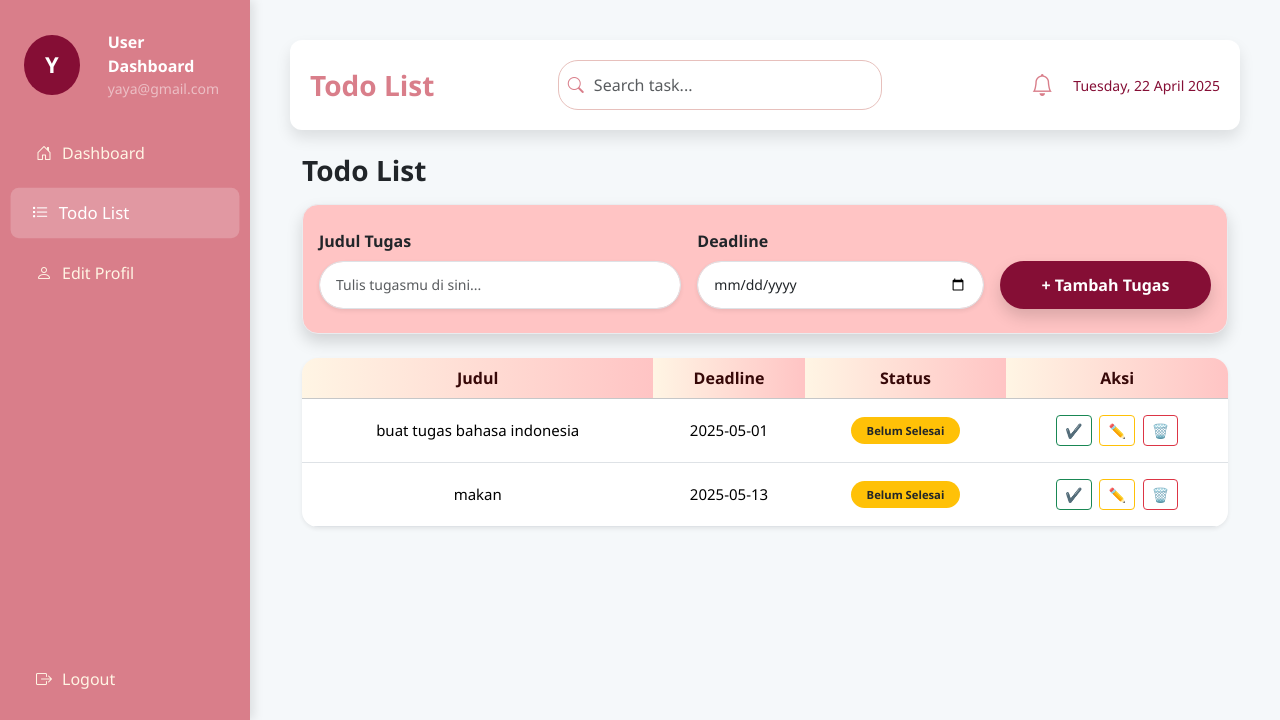
Repository: zhr-nabila/FloTime
Page: http://localhost/todo.php
An editor plug-in stored every save of this project. The page is shown before and after a run of saves, followed by the edit.
The browser window is 1280 px wide. The pictures show the whole page.
The page is run by PHP 8.4 with error messages shown; the project is at /var/www/html/. The session is filled in as if someone had signed in: {"email": "yaya@gmail.com", "status": "login", "user_id": 2}. Other server files are loaded and not shown. The database holds what the project's SQL file puts in it.

Above is the page before, as saved 2025-04-23 12:32:08.

### todo.php
<?php
session_start();
require 'koneksi.php';

if (!isset($_SESSION['status']) || $_SESSION['status'] != "login") {
    header("Location: login.php");
    exit();
}

$user_id = $_SESSION['user_id'];
$email = $_SESSION['email'];
$search = $_GET['search'] ?? '';

// Tambah task
if (isset($_POST['add_task'])) {
    $title = $_POST['title'];
    $deadline = $_POST['deadline'];
    $created_at = date('Y-m-d H:i:s');

    $stmt = $conn->prepare("INSERT INTO todos (user_id, title, status, deadline, created_at) VALUES (?, ?, 'pending', ?, ?)");
    $stmt->bind_param("isss", $user_id, $title, $deadline, $created_at);
    $stmt->execute();
    $stmt->close();

    header("Location: todo.php");
    exit();
}

// Centang task
if (isset($_GET['done'])) {
    $task_id = $_GET['done'];
    $conn->query("UPDATE todos SET status='completed' WHERE id=$task_id AND user_id=$user_id");
    header("Location: todo.php");
    exit();
}

// Hapus task
if (isset($_GET['delete'])) {
    $task_id = $_GET['delete'];
    $conn->query("DELETE FROM todos WHERE id=$task_id AND user_id=$user_id");
    header("Location: todo.php");
    exit();
}

// Ambil data tugas
$searchSql = !empty($search) ? "AND title LIKE '%$search%'" : "";
$sql = "SELECT * FROM todos WHERE user_id = $user_id $searchSql ORDER BY deadline ASC";
$result = $conn->query($sql);

if (!$result) {
    die("Query gagal: " . $conn->error);
}
?>

<!DOCTYPE html>
<html lang="en">

<head>
    <meta charset="UTF-8">
    <title>Todo List</title>
    <link href="https://cdn.jsdelivr.net/npm/bootstrap@5.3.3/dist/css/bootstrap.min.css" rel="stylesheet">
    <link href="https://cdn.jsdelivr.net/npm/bootstrap-icons@1.10.5/font/bootstrap-icons.css" rel="stylesheet">
    <link rel="stylesheet" href="css/style.css">
</head>

<body>

    <div class="sidebar d-flex flex-column">
        <div class="px-4 d-flex align-items-center mb-4">
            <div class="user-avatar"><?= strtoupper(substr($email, 0, 1)) ?></div>
            <div class="ms-2">
                <div class="fw-semibold">User Dashboard</div>
                <div class="small text-white-50"><?= htmlspecialchars($email) ?></div>
            </div>
        </div>
        <nav class="nav flex-column px-3">
            <a class="nav-link" href="dashboard.php"><i class="bi bi-house-door"></i> Dashboard</a>
            <a class="nav-link active" href="todo.php"><i class="bi bi-list-task"></i> Todo List</a>
            <a class="nav-link" href="profile.php"><i class="bi bi-person"></i> Edit Profil</a>
            <a class="nav-link logout" href="logout.php"><i class="bi bi-box-arrow-right"></i> Logout</a>
        </nav>
    </div>

    <div class="main-content">
        <div class="header">
            <div class="title">Todo List</div>
            <div class="search-bar">
                <form method="GET" action="todo.php" class="d-flex">
                    <input type="text" name="search" class="form-control" placeholder="Search task..." value="<?= htmlspecialchars($search) ?>">
                    <button type="submit" class="btn"><i class="bi bi-search"></i></button>
                </form>
            </div>
            <div class="notifications">
                <i class="bi bi-bell"></i>
                <div class="date"><?= date('l, d F Y') ?></div>
            </div>
        </div>

        <div class="container mt-4">
            <h3 class="mb-3 fw-bold">Todo List</h3>
            <form method="POST" class="mb-4 px-3 py-4 rounded-4 shadow border border-light-subtle premium-form">
                <div class="row align-items-end g-3">
                    <div class="col-md-5">
                        <label class="form-label fw-semibold">Judul Tugas</label>
                        <input type="text" name="title" class="form-control form-control-sm rounded-5 shadow-sm" placeholder="Tulis tugasmu di sini..." required>
                    </div>
                    <div class="col-md-4">
                        <label class="form-label fw-semibold">Deadline</label>
                        <input type="date" name="deadline" class="form-control form-control-sm rounded-5 shadow-sm" required>
                    </div>
                    <div class="col-md-3 d-grid">
                        <button type="submit" name="add_task" class="btn btn-gradient shadow fw-semibold rounded-5">+ Tambah Tugas</button>
                    </div>
                </div>
            </form>


            <?php if ($result->num_rows > 0): ?>
                <div class="table-responsive shadow-sm rounded-4 overflow-hidden">
                    <table class="table table-hover align-middle mb-0 premium-table">
                        <thead class="table-light text-center">
                            <tr>
                                <th>Judul</th>
                                <th>Deadline</th>
                                <th>Status</th>
                                <th>Aksi</th>
                            </tr>
                        </thead>
                        <tbody>
                            <?php while ($row = $result->fetch_assoc()): ?>
                                <tr>
                                    <td><?= htmlspecialchars($row['title']) ?></td>
                                    <td><?= htmlspecialchars($row['deadline']) ?></td>
                                    <td class="text-center">
                                        <?php
                                        if ($row['status'] == 'completed') {
                                            echo "<span class='badge rounded-pill text-bg-success px-3 py-2'>Selesai</span>";
                                        } elseif (date('Y-m-d') > $row['deadline']) {
                                            echo "<span class='badge rounded-pill text-bg-danger px-3 py-2'>Terlambat</span>";
                                        } else {
                                            echo "<span class='badge rounded-pill text-bg-warning text-dark px-3 py-2'>Belum Selesai</span>";
                                        }
                                        ?>
                                    </td>
                                    <td class="text-center">
                                        <?php if ($row['status'] != 'completed'): ?>
                                            <a href="?done=<?= $row['id'] ?>" class="btn btn-outline-success btn-sm me-1">✔️</a>
                                        <?php endif; ?>
                                        <a href="edit_task.php?id=<?= $row['id'] ?>" class="btn btn-outline-warning btn-sm me-1">✏️</a>
                                        <a href="?delete=<?= $row['id'] ?>" onclick="return confirm('Hapus tugas ini?')" class="btn btn-outline-danger btn-sm">🗑️</a>
                                    </td>
                                </tr>
                            <?php endwhile; ?>
                        </tbody>
                    </table>
                </div>
            <?php else: ?>
                <p class="text-muted mt-4 text-center">✨ Tidak ada tugas ditemukan. Buat yang baru, yuk!</p>
            <?php endif; ?>

        </div>
    </div>

</body>

</html>

### koneksi.php
<?php
$host = "localhost";
$user = "root";
$pass = "";
$db = "todolist"; // Nama database kamu

$conn = mysqli_connect($host, $user, $pass, $db);

// Cek koneksi
if (!$conn) {
    die("Koneksi gagal: " . mysqli_connect_error());
}
?>

### css/style.css
@import url('https://fonts.googleapis.com/css2?family=Poppins:wght@500&display=swap');

:root {
    --c0: #ffffff;
    --c1: #E3919F;
    --c2: #E7C0BC;
    --c3: #370808;
    --c4: #D97E8A;
    --c5: #EC9FAB;
    --c6: #000000;
    /* gradient */
    --c7: #850e35;
    --c8: #ee6983;
    --c9: #ffc4c4;
    --c10: #fff5e4;
    --c11: #d1d5db;
}

body {
    background: #f5f8fa;
    font-family: 'Segoe UI', sans-serif;
    margin: 0;
    padding: 0;
    overflow: hidden;
}

html, body {
    height: 100%;
}


::-webkit-scrollbar {
    display: none;
}

.main-content {
    margin-left: 250px;
    padding: 40px;
    height: 100vh;
    overflow-y: auto;
}


.sidebar {
    height: 100vh;
    background: var(--c4);
    color: var(--c0);
    padding-top: 30px;
    position: fixed;
    width: 250px;
    transition: all 0.3s;
    box-shadow: 4px 0 10px rgba(0, 0, 0, 0.1);
}

.sidebar .nav-link {
    color: var(--c10);
    padding: 12px 20px;
    margin: 6px 0;
    border-radius: 8px;
    display: flex;
    align-items: center;
    gap: 10px;
    transition: all 0.3s ease;
    font-size: 16px;
}

.sidebar .nav-link:hover,
.sidebar .nav-link.active {
    background-color: rgba(255, 255, 255, 0.2);
    color: var(--c0);
    transform: scale(1.05);
}

.sidebar .nav-link.logout {
    color: var(--c10);
    padding: 12px 20px;
    margin: 22rem 0;
    border-radius: 8px;
    display: flex;
    align-items: center;
    gap: 10px;
    transition: all 0.3s ease;
    font-size: 16px;
}

.sidebar .nav-link.logout:hover {
    background-color: rgba(255, 255, 255, 0.2);
    color: var(--c0);
    transform: scale(1.05);
}

.main-content {
    margin-left: 250px;
    padding: 40px;
}

.header {
    display: flex;
    justify-content: space-between;
    align-items: center;
    padding: 20px;
    background: var(--c0);
    border-radius: 12px;
    box-shadow: 0 8px 15px rgba(0, 0, 0, 0.1);
    margin-bottom: 20px;
}

.header .title {
    font-size: 28px;
    font-weight: bold;
    color: var(--c4);
}

.header .search-bar {
    position: relative;
    width: 350px;
}

.header .search-bar input {
    width: 100%;
    padding: 12px 40px 12px 35px;
    border-radius: 20px;
    border: 1px solid var(--c2);
    font-size: 16px;
    transition: border 0.3s;
}

.header .search-bar input:focus {
    border: 1px solid var(--c4);
    outline: none;
}

.header .search-bar i {
    position: absolute;
    top: 50%;
    left: 10px;
    transform: translateY(-50%);
    color: var(--c4);
}

.header .notifications {
    display: flex;
    align-items: center;
    gap: 20px;
}

.header .notifications .bi {
    font-size: 22px;
    cursor: pointer;
    color: var(--c4);
    transition: color 0.3s;
}

.header .notifications .bi:hover {
    color: var(--c7);
}

.card-welcome {
    background: linear-gradient(135deg, var(--c9), var(--c10));
    border-radius: 16px;
    box-shadow: 0 15px 30px rgba(0, 0, 0, 0.1);
    padding: 30px;
    animation: fadeIn 0.6s ease;
    margin-bottom: 30px;
    color: var(--c7);
    border: none;
}

.user-avatar {
    width: 60px;
    height: 60px;
    background-color: var(--c7);
    color: var(--c0);
    font-weight: bold;
    border-radius: 50%;
    display: flex;
    align-items: center;
    justify-content: center;
    margin-right: 20px;
    font-size: 22px;
    transition: background-color 0.3s ease;
}

.user-avatar:hover {
    background-color: var(--c3);
}

.date {
    font-size: 14px;
    color: var(--c7);
}

@keyframes fadeIn {
    from {opacity: 0; transform: translateY(20px);}
    to {opacity: 1; transform: translateY(0);}
}

/* Mobile Responsiveness */
@media (max-width: 768px) {
    .sidebar {
        width: 200px;
    }

    .main-content {
        margin-left: 200px;
    }

    .header .title {
        font-size: 24px;
    }

    .header .search-bar {
        width: 250px;
    }
}

/* todo */

/* todo */

.premium-form {
    background-color: var(--c9);
    border: 2px solid var(--c2);
    border-radius: 12px;
}

.btn-gradient {
    background-color: var(--c7);
    color: white;
    border: none;
    transition: 0.3s ease;
    border-radius: 10px;
    padding: 12px;
}

.btn-gradient:hover {
    transform: scale(1.02);
    background-color: var(--c8);
    color: var(--c0);
    box-shadow: 0 4px 8px rgba(0, 0, 0, 0.15); /* Memberikan efek bayangan yang lebih soft */
}

.form-control-sm {
    font-size: 14px; /* Ukuran font yang lebih kecil */
    padding: 0.8rem 1rem; /* Mengatur ukuran padding input agar lebih kecil */
    border-radius: 8px; /* Membuat sudut input lebih melengkung */
}

.premium-table th {
    font-weight: 600;
    background: linear-gradient(to right, var(--c10), var(--c9));
    color: var(--c3);
}

.premium-table td {
    vertical-align: middle;
    padding-top: 16px;
    padding-bottom: 16px;
    font-size: 15px;
}

.table-hover tbody tr:hover {
    background-color: #fdf2f2;
    transition: 0.3s;
}

.table td,
.table th {
    text-align: center;
}

### todolist.sql (the tables this page reads)
CREATE TABLE `todos` (
  `id` int(11) NOT NULL,
  `user_id` int(11) NOT NULL,
  `title` varchar(255) NOT NULL,
  `status` enum('pending','completed') DEFAULT 'pending',
  `deadline` date DEFAULT NULL,
  `created_at` timestamp NOT NULL DEFAULT current_timestamp()
) ENGINE=InnoDB DEFAULT CHARSET=utf8mb4 COLLATE=utf8mb4_general_ci;

INSERT INTO `todos` (`id`, `user_id`, `title`, `status`, `deadline`, `created_at`) VALUES
(2, 2, 'buat tugas bahasa indonesia', 'pending', '2025-05-01', '2025-05-15 17:11:25'),
(5, 2, 'makan', 'pending', '2025-05-13', '2025-05-21 19:26:13');

ALTER TABLE `todos`
  ADD PRIMARY KEY (`id`),
  ADD KEY `user_id` (`user_id`);

ALTER TABLE `todos`
  MODIFY `id` int(11) NOT NULL AUTO_INCREMENT, AUTO_INCREMENT=6;

ALTER TABLE `todos`
  ADD CONSTRAINT `todos_ibfk_1` FOREIGN KEY (`user_id`) REFERENCES `users` (`id`);

After the next 2 saves:
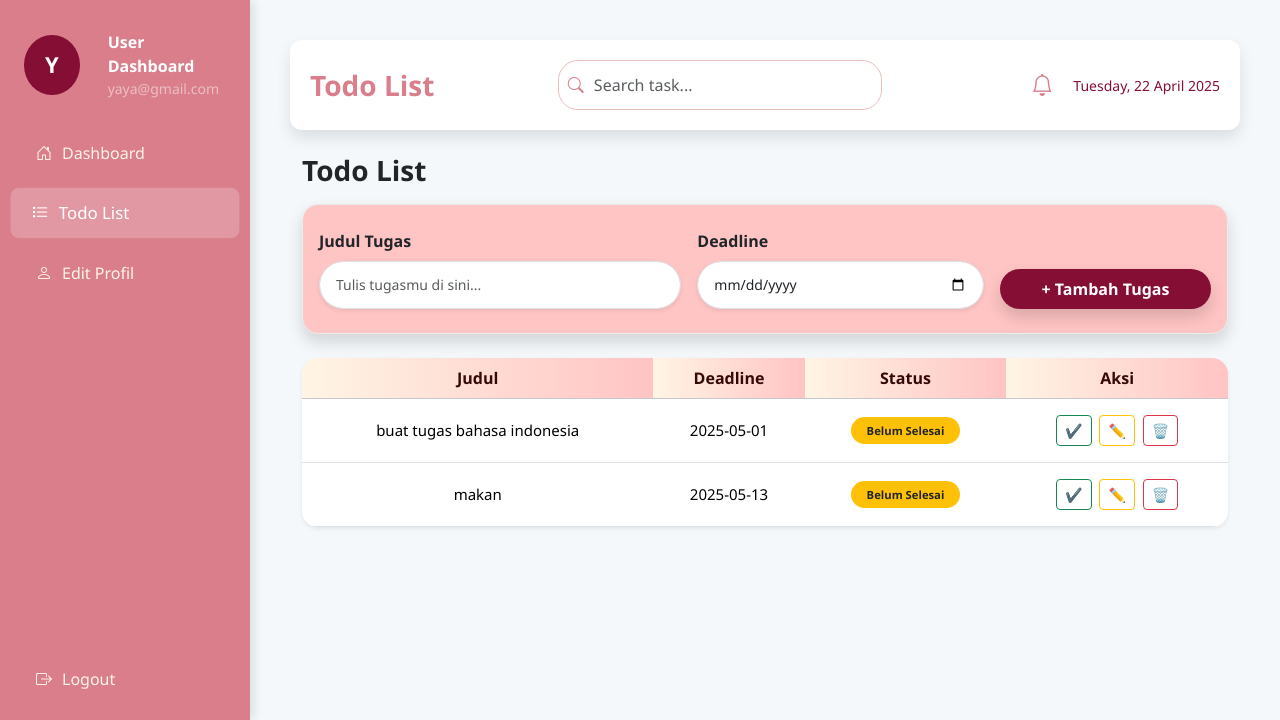
The 2 saves are shown as one change because they came seconds apart.
The last was saved 7 s later.
--- a/css/style.css
+++ b/css/style.css
@@ -230,7 +230,7 @@ html, body {
     border: none;
     transition: 0.3s ease;
     border-radius: 10px;
-    padding: 12px;
+    padding: 8px;
 }
 
 .btn-gradient:hover {
